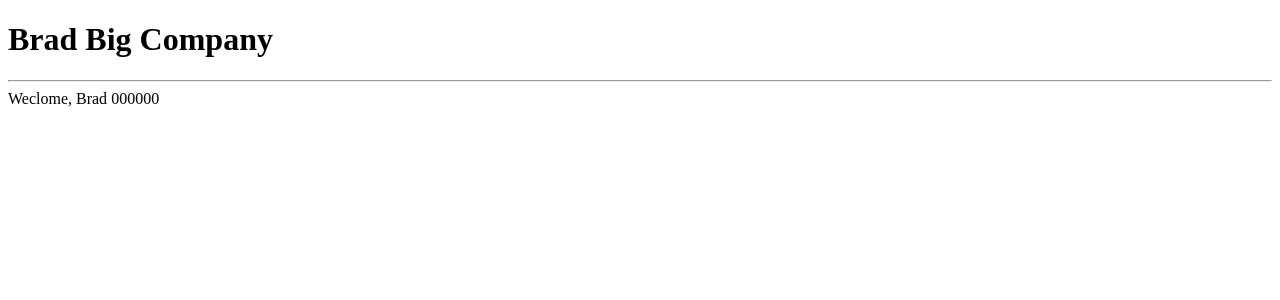
Repository: jessie9527/Java_Brad
Page: http://localhost/BradWeb/Brad30.jsp
The author's editor kept a copy of each file at every save. The page is drawn from the files as they stood at one save, then again after the next save.
The browser window is 1280 px wide. The pictures show the whole page.
The page is served by Tomcat 9. Other server files are loaded and not shown.

Above is the page before, as saved 2023-05-10 08:08:40.

### BradWeb/src/main/webapp/Brad30.jsp
<%@ page language="java" contentType="text/html; charset=UTF-8"
    pageEncoding="UTF-8"%>
<!DOCTYPE html>
<html>
	<head>
		<meta charset="UTF-8">
		<title>Insert title here</title>
	</head>
	<body>
		<h1>Brad Big Company</h1>
		<hr />
		Weclome, <% out.print("Brad"); %>	<!-- jsp隱含物件 -->
		<% for(int i=0; i<6 ; i++){
			out.print((int)Math.random()*49) ;
		}%>
	</body>
</html>

After the next save:
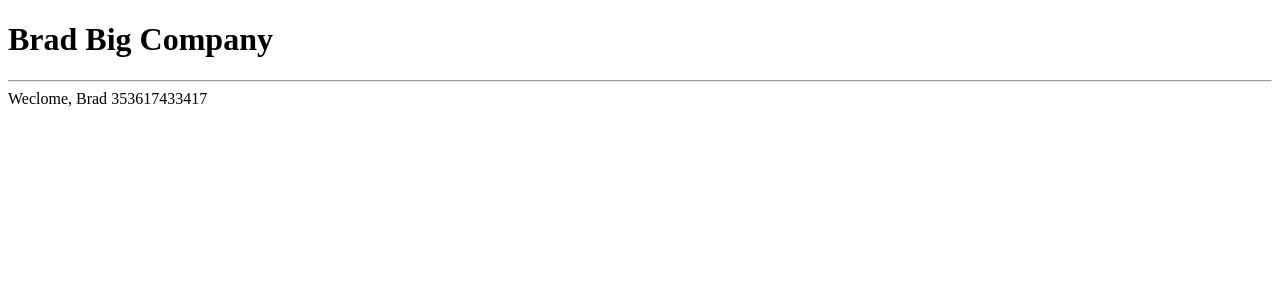
Saved 29 s later.
--- a/BradWeb/src/main/webapp/Brad30.jsp
+++ b/BradWeb/src/main/webapp/Brad30.jsp
@@ -11,7 +11,7 @@
 		<hr />
 		Weclome, <% out.print("Brad"); %>	<!-- jsp隱含物件 -->
 		<% for(int i=0; i<6 ; i++){
-			out.print((int)Math.random()*49) ;
+			out.print((int)(Math.random()*49)) ;
 		}%>
 	</body>
 </html>
